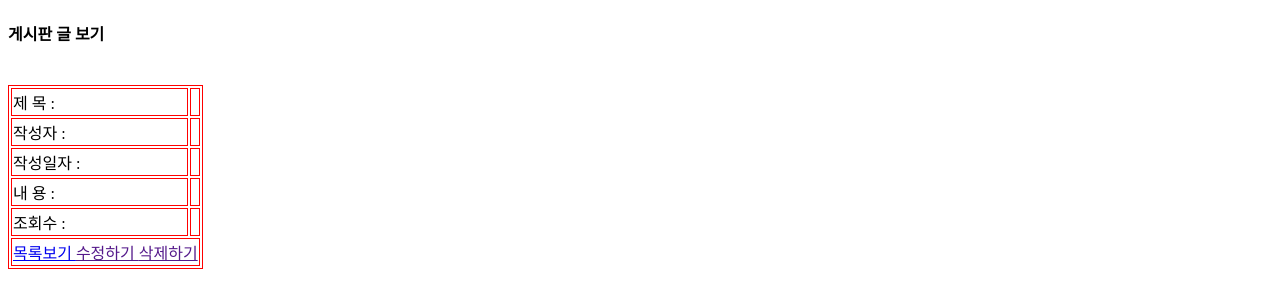
Repository: gotohellll/home_web
Page: http://localhost/JspBasic/04_board_ex_class/BoardView.jsp
An editor plug-in stored every save of this project. The page is shown before and after the next save, followed by the edit.
The browser window is 1280 px wide. The pictures show the whole page.
The page is served by Tomcat 9. Other server files are loaded and not shown. Queries for data that is not in the repository find no rows.

Above is the page before, as saved 2025-04-22 12:25:38.

### JspBasic/src/main/webapp/04_board_ex_class/BoardView.jsp
<%@ page language="java" contentType="text/html; charset=utf-8"
    pageEncoding="utf-8"%>
<%@ page import="board_ex.service.*, board_ex.model.*" %>
<%
	// 게시글번호 넘겨받아
	String seq = request.getParameter("seq");
	// 서비스의 함수를 호출하여 해당 BoardVO를 넘겨받는다.
	ViewArticleService service = ViewArticleService.getInstance();
	BoardVO vo = service.getArticleById(seq);

%>
<!DOCTYPE html>
<html>
<head>
<meta http-equiv="Content-Type" content="text/html; charset=utf-8">
<title> 게시글 보기 </title>
</head>
<body>

	<h4> 게시판 글 보기 </h4><br/>
	<table border="1" bordercolor="red">
	<tr>
		<td> 제  목 : </td>
		<td></td>
	</tr>
	<tr>
		<td> 작성자 : </td>
		<td></td>
	</tr>
	<tr>
		<td> 작성일자 : </td>
		<td></td>
	</tr>
	<tr>
		<td> 내  용 : </td>
		<td></td>
	</tr>
	<tr>
		<td> 조회수 : </td>
		<td></td>
	</tr>
	<tr>
		<td colspan="2">
			<a href="BoardList.jsp"> 목록보기 </a>
			<a href=""> 수정하기 </a>
			<a href=""> 삭제하기 </a>
		</td>
	</tr>
	</table>


</body>
</html>

### JspBasic/src/main/java/board_ex/service/ViewArticleService.java
package board_ex.service;

import java.util.List;

import board_ex.model.*;


public class ViewArticleService {
	private static ViewArticleService instance;
	private ViewArticleService(){}
	public static ViewArticleService getInstance()  throws BoardException{
		if( instance == null )
		{
			instance = new ViewArticleService();
		}
		return instance;
	}

	public BoardVO getArticleById(String id) throws BoardException
	{
		int article_id = 0;
		if( id != null ) article_id = Integer.parseInt(id);
		BoardDao dao = BoardDao.getInstance();
		BoardVO rec = dao.selectById(article_id);
		dao.increaseReadCount(article_id);
		return rec;
	}

}

### JspBasic/src/main/java/board_ex/model/BoardDao.java
package board_ex.model;



import java.sql.*;
import java.util.ArrayList;
import java.util.Collections;
import java.util.List;

public class BoardDao
{

	// Single Pattern
	private static BoardDao instance;

	// DB 연결시  관한 변수
	// [ 오라클 ]
	private static final String 	dbDriver	=	"oracle.jdbc.driver.OracleDriver";
	private static final String		dbUrl		=	"jdbc:oracle:thin:@127.0.0.1:1521:xe";
	private static final String		dbUser		=	"scott";
	private static final String		dbPass		=	"tiger";

	// [ MySQL / MariaDB ]
//	private static final String 	dbDriver	=	"com.mysql.cj.jdbc.Driver";
//	private static final String		dbUrl		=	"jdbc:mysql://127.0.0.1:3306/basic";
//	private static final String		dbUser		=	"scott";
//	private static final String		dbPass		=	"tiger";
//

	private Connection	 		con;

	//--------------------------------------------
	//#####	 객체 생성하는 메소드
	public static BoardDao	getInstance() throws BoardException
	{
		if( instance == null )
		{
			instance = new BoardDao();
		}
		return instance;
	}

	private BoardDao() throws BoardException
	{

		try{

			/********************************************
			1. 오라클 드라이버를 로딩
				( DBCP 연결하면 삭제할 부분 )
		*/
			Class.forName( dbDriver );
		}catch( Exception ex ){
			throw new BoardException("DB 연결시 오류  : " + ex.toString() );
		}

	}

	/************************************************
	 * 함수명 : insert
	 * 역할 :	게시판에 글을 입력시 DB에 저장하는 메소드
	 * 인자 :	BoardVO
	 * 리턴값 : 입력한 행수를 받아서 리턴
	*/
	public int insert( BoardVO rec ) throws BoardException
	{

		ResultSet rs = null;
		Statement stmt	= null;
		PreparedStatement ps = null;
		try{

			con	= DriverManager.getConnection( dbUrl, dbUser, dbPass );

			//* sql 문장 만들기
			//	작성자,제목,글내용,비밀번호는 입력값으로 날짜는 오늘날짜, 조회수는 0으로 기본값으로 입력
			String putQuery		= "INSERT "
					+ " INTO board_ex(seq, title, writer, content, regdate, cnt, pass) "
					+ " VALUES (board_seq.nextval, ?, ? ,? ,sysdate, ?, ?)";

			ps		= con.prepareStatement( putQuery );
			//* sql 문장의 ? 지정하기
			ps.setString(1, rec.getTitle	());
			ps.setString(2, rec.getWriter	());
			ps.setString(3, rec.getContent	());
			ps.setInt	(4, rec.getCnt		());
			ps.setString(5, rec.getPass		());
			int insertedCount = ps.executeUpdate();

			return insertedCount;

		}catch( Exception ex ){
			throw new BoardException("게시판 ) DB에 입력시 오류  : " + ex.toString() );
		} finally{
			if( rs   != null ) { try{ rs.close();  } catch(SQLException ex){} }
			if( stmt != null ) { try{ stmt.close(); } catch(SQLException ex){} }
			if( ps   != null ) { try{ ps.close();  } catch(SQLException ex){} }
			if( con  != null ) { try{ con.close(); } catch(SQLException ex){} }
		}

	}


	/************************************************
	 * 함수명 : selectList
	 * 역할 :	전체 레코드를 검색하는 함수
	 * 인자 :	없음
	 * 리턴값 : 테이블의 한 레코드를 BoardVO 지정하고 그것을 ArrayList에 추가한 값
	*/

	public List<BoardVO> selectList() throws BoardException
	{
		PreparedStatement ps = null; //DB에 쿼리를 전달할 객체를 선언
		ResultSet rs = null; //sql쿼리 실행결과를 담을 객체
		List<BoardVO> mList = new ArrayList<BoardVO>(); //최종적으로 반환할 게시글리스트
		boolean isEmpty = true; //결과가 비어있는지 확인하기 위한 플래그

		try{

			con	= DriverManager.getConnection( dbUrl, dbUser, dbPass );

			// * sql 문장만들기
			String sql = " SELECT seq, title, writer, regdate, cnt "
					+ " FROM board_ex ";
			//		( 글번호, 제목, 작성자, 조회수, 작성일을 검색 )
			// * 전송객체 얻어오기
			ps = con.prepareStatement(sql);
			// * 전송하기
			rs = ps.executeQuery();
			// * 결과 받아 List<BoardVO> 변수 mList에 지정하기
			while (rs.next()) { //rs.next()는 결과 집합의 다음 레코드로 이동, 각 레코드는 seq, title등의 값을 담고있음
				BoardVO vo = new BoardVO(); //결과 레코드 하나당 BoardVO객체 하나생성
				//루프 밖에서 vo를 한번만 만들면 모든 레코드가 같은 vo에 덮어쓰기되어 mList에 마지막 레코드 값만 가지게 됨
				vo.setSeq(rs.getInt("seq"));
				//DB에서 읽은 값을 객체에 담고있어 set을 사용
				//get은 이 값을 나중에 다른곳에서 읽을때 사용
				vo.setTitle(rs.getString("title"));
				vo.setWriter(rs.getString("writer"));
				vo.setRegdate(rs.getString("regdate"));
				vo.setCnt(rs.getInt("seq"));
				isEmpty = false;
				mList.add(vo);
			}

			if( isEmpty ) return Collections.emptyList();

			return mList;
		}catch( Exception ex ){
			throw new BoardException("게시판 ) DB에 목록 검색시 오류  : " + ex.toString() );
		} finally{
			if( rs   != null ) { try{ rs.close();  } catch(SQLException ex){} }
			if( ps   != null ) { try{ ps.close();  } catch(SQLException ex){} }
			if( con  != null ) { try{ con.close(); } catch(SQLException ex){} }
		}
	}

	//--------------------------------------------
	//#####	 게시글번호에 의한 레코드 검색하는 함수
	public BoardVO selectById(int seq) throws BoardException
	{
		PreparedStatement ps = null;
		ResultSet rs = null;

		BoardVO rec = new BoardVO();

		try{

			con	= DriverManager.getConnection( dbUrl, dbUser, dbPass );
			// * sql 문장만들기
			String sql = "SELECT title, writer, regdate, content, cnt "
					+ " FROM board_ex "
					+ " WHERE seq = ? ";
			// * 전송객체 얻어오기
			ps = con.prepareStatement(sql);

			ps.setInt(1, seq);
			// * 전송하기
			rs = ps.executeQuery();
			// * 결과 받아 BoardVO변수 rec에 지정하기
			if(rs.next()) {
				rec.setTitle(rs.getString("title"));
				rec.setWriter(rs.getString("writer"));
				rec.setRegdate(rs.getString("regdate"));
				rec.setContent(rs.getString("content"));
				rec.setCnt(rs.getInt("cnt"));
			}

			return rec;
		}catch( Exception ex ){
			throw new BoardException("게시판 ) DB에 글번호에 의한 레코드 검색시 오류  : " + ex.toString() );
		} finally{
			if( rs   != null ) { try{ rs.close();  } catch(SQLException ex){} }
			if( ps   != null ) { try{ ps.close();  } catch(SQLException ex){} }
			if( con  != null ) { try{ con.close(); } catch(SQLException ex){} }
		}
	}

	//--------------------------------------------
	//#####	 게시글 보여줄 때 조회수 1 증가
	public void increaseReadCount( int seq ) throws BoardException
	{

		PreparedStatement ps = null;
		try{

			con	= DriverManager.getConnection( dbUrl, dbUser, dbPass );
			// * sql 문장만들기
			// * 전송객체 얻어오기
			// * 전송하기

		}catch( Exception ex ){
			throw new BoardException("게시판 ) 게시글 볼 때 조회수 증가시 오류  : " + ex.toString() );
		} finally{
			if( ps   != null ) { try{ ps.close();  } catch(SQLException ex){} }
			if( con  != null ) { try{ con.close(); } catch(SQLException ex){} }
		}

	}
	//--------------------------------------------
	//#####	 게시글 수정할 때
	public int update( BoardVO rec ) throws BoardException
	{

		PreparedStatement ps = null;
		try{

			con	= DriverManager.getConnection( dbUrl, dbUser, dbPass );
			// * sql 문장만들기
			// * 전송객체 얻어오기

			return ps.executeUpdate();

		}catch( Exception ex ){
			throw new BoardException("게시판 ) 게시글 수정시 오류  : " + ex.toString() );
		} finally{
			if( ps   != null ) { try{ ps.close();  } catch(SQLException ex){} }
			if( con  != null ) { try{ con.close(); } catch(SQLException ex){} }
		}

	}


	//--------------------------------------------
	//#####	 게시글 삭제할 때
	public int delete( int seq, String pass ) throws BoardException
	{

		PreparedStatement ps = null;
		try{

			con	= DriverManager.getConnection( dbUrl, dbUser, dbPass );

			// * sql 문장만들기
			// * 전송객체 얻어오기

			return ps.executeUpdate();

		}catch( Exception ex ){
			throw new BoardException("게시판 ) 게시글 수정시 오류  : " + ex.toString() );
		} finally{
			if( ps   != null ) { try{ ps.close();  } catch(SQLException ex){} }
			if( con  != null ) { try{ con.close(); } catch(SQLException ex){} }
		}

	}


}

### JspBasic/src/main/java/board_ex/model/BoardException.java
package board_ex.model;

public class BoardException extends Exception
{
  public BoardException(){
  		super();
  	}

  public BoardException(String error){
  		super( error );
  	}

}

### JspBasic/src/main/java/board_ex/model/BoardVO.java
package board_ex.model;

public class BoardVO
{
	// member field
	private	int		seq;
	private	String	title;
	private	String	writer;
	private	String	content;
	private String 	regdate;
	private	int		cnt;
	private String 	pass;

	public int getSeq() {
		return seq;
	}
	public void setSeq(int seq) {
		this.seq = seq;
	}
	public String getTitle() {
		return title;
	}
	public void setTitle(String title) {
		this.title = title;
	}
	public String getWriter() {
		return writer;
	}
	public void setWriter(String writer) {
		this.writer = writer;
	}
	public String getContent() {
		return content;
	}
	public void setContent(String content) {
		this.content = content;
	}
	public String getRegdate() {
		return regdate;
	}
	public void setRegdate(String regdate) {
		this.regdate = regdate;
	}
	public int getCnt() {
		return cnt;
	}
	public void setCnt(int cnt) {
		this.cnt = cnt;
	}
	public String getPass() {
		return pass;
	}
	public void setPass(String pass) {
		this.pass = pass;
	}




}

/*
[ 참고 ]

@ regdate 가 실제 DB에서는 Date 형이지만, 날짜 값을 출력만 하기에
 Date 형이 아닌 String  형으로 받아도 된다.
 나중에 날짜값을 사용할 일이 있으면 Date 형으로 변경

*/

After the next save:
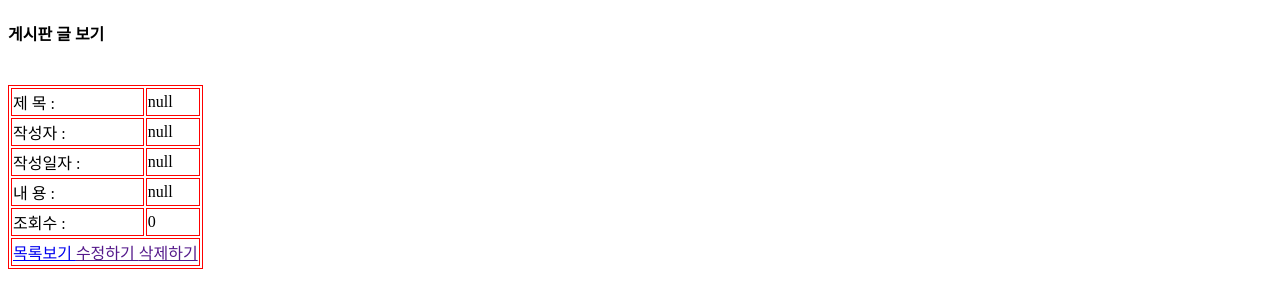
Saved 54 s later.
--- a/JspBasic/src/main/webapp/04_board_ex_class/BoardView.jsp
+++ b/JspBasic/src/main/webapp/04_board_ex_class/BoardView.jsp
@@ -21,23 +21,23 @@
 	<table border="1" bordercolor="red">
 	<tr>
 		<td> 제  목 : </td>
-		<td></td>
+		<td><%= vo.getTitle() %></td>
 	</tr>
 	<tr>
 		<td> 작성자 : </td>
-		<td></td>
+		<td><%= vo.getWriter() %></td>
 	</tr>
 	<tr>
 		<td> 작성일자 : </td>
-		<td></td>
+		<td><%= vo.getRegdate() %></td>
 	</tr>
 	<tr>
 		<td> 내  용 : </td>
-		<td></td>
+		<td><%= vo.getContent() %></td>
 	</tr>
 	<tr>
 		<td> 조회수 : </td>
-		<td></td>
+		<td><%= vo.getCnt() %></td>
 	</tr>
 	<tr>
 		<td colspan="2">
